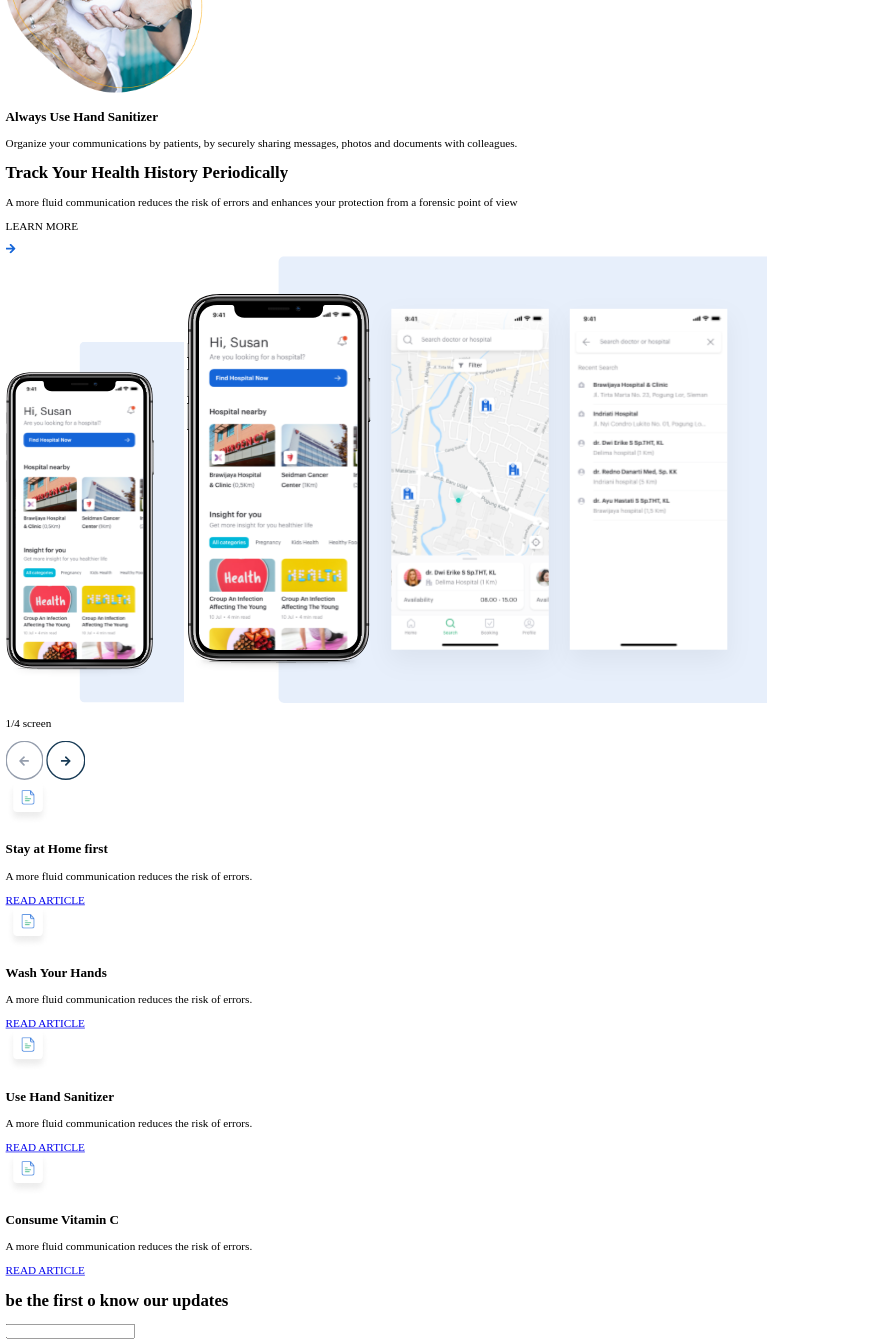
Repository: Esttevo/prova-html-css
Page: index.html
These files come from the project's save history. The page is drawn as it stood at one moment and after the next save; the edit follows.
The browser window is 1280 px wide. The pictures show the part of the page from y = 3453 to 5373 px (the page is 5373 px tall before and 5372 px after), at 70% of full size.
A picture or video elsewhere on the page could not be fetched, so the positions and the page height are approximate.

Above is the page before, as saved 2026-08-31 18:27:58.

After the next save:
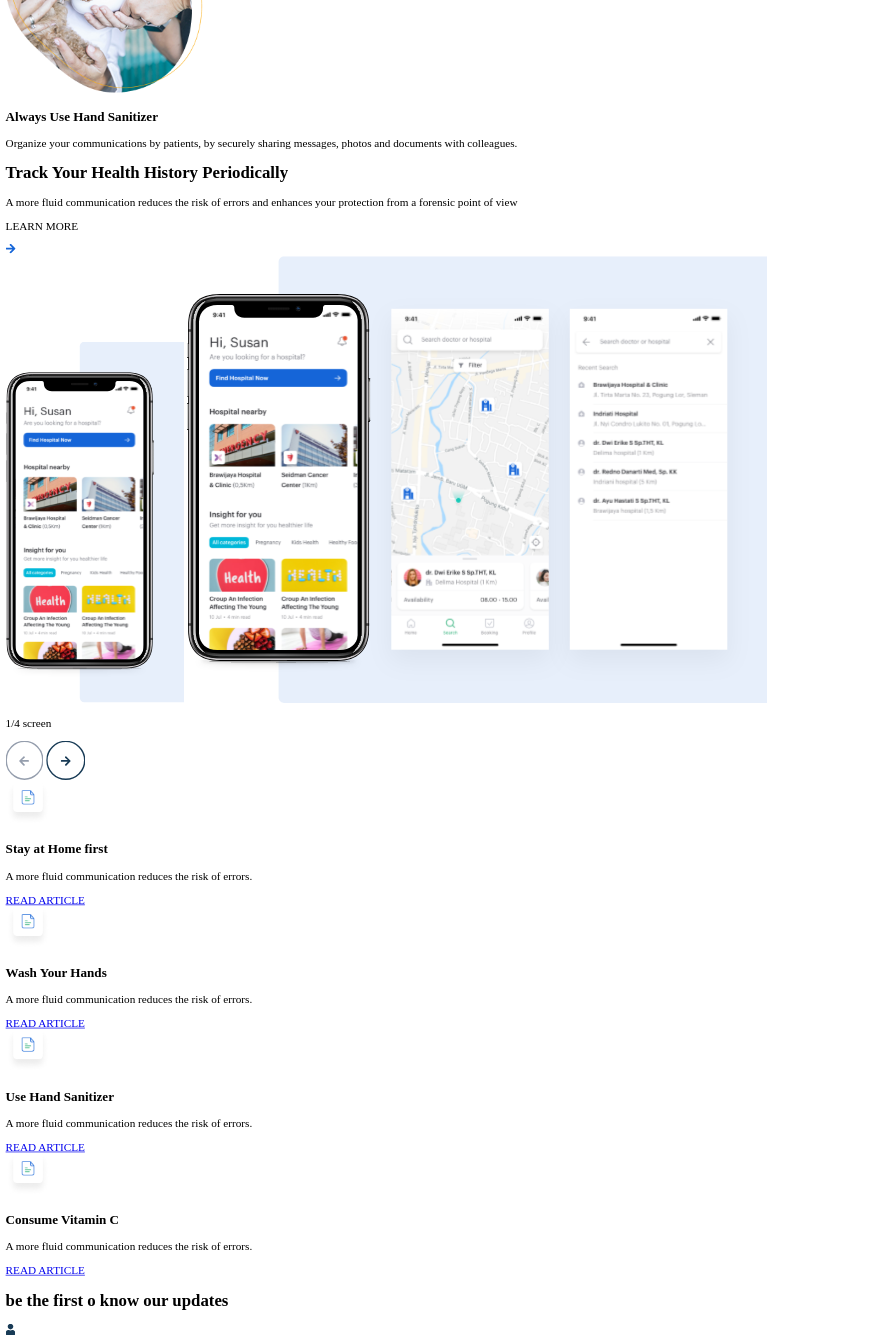
Saved 14 s later.
--- a/index.html
+++ b/index.html
@@ -332,7 +332,7 @@
 
             <form action="#">
 
-                <input type="text" type="image" id="name" name="name" src="img/icons/icon-person.svg">
+                <input  type="image" id="name" name="name" src="img/icons/icon-person.svg">
             </form>
         </section>
     </main>

After the save that followed:
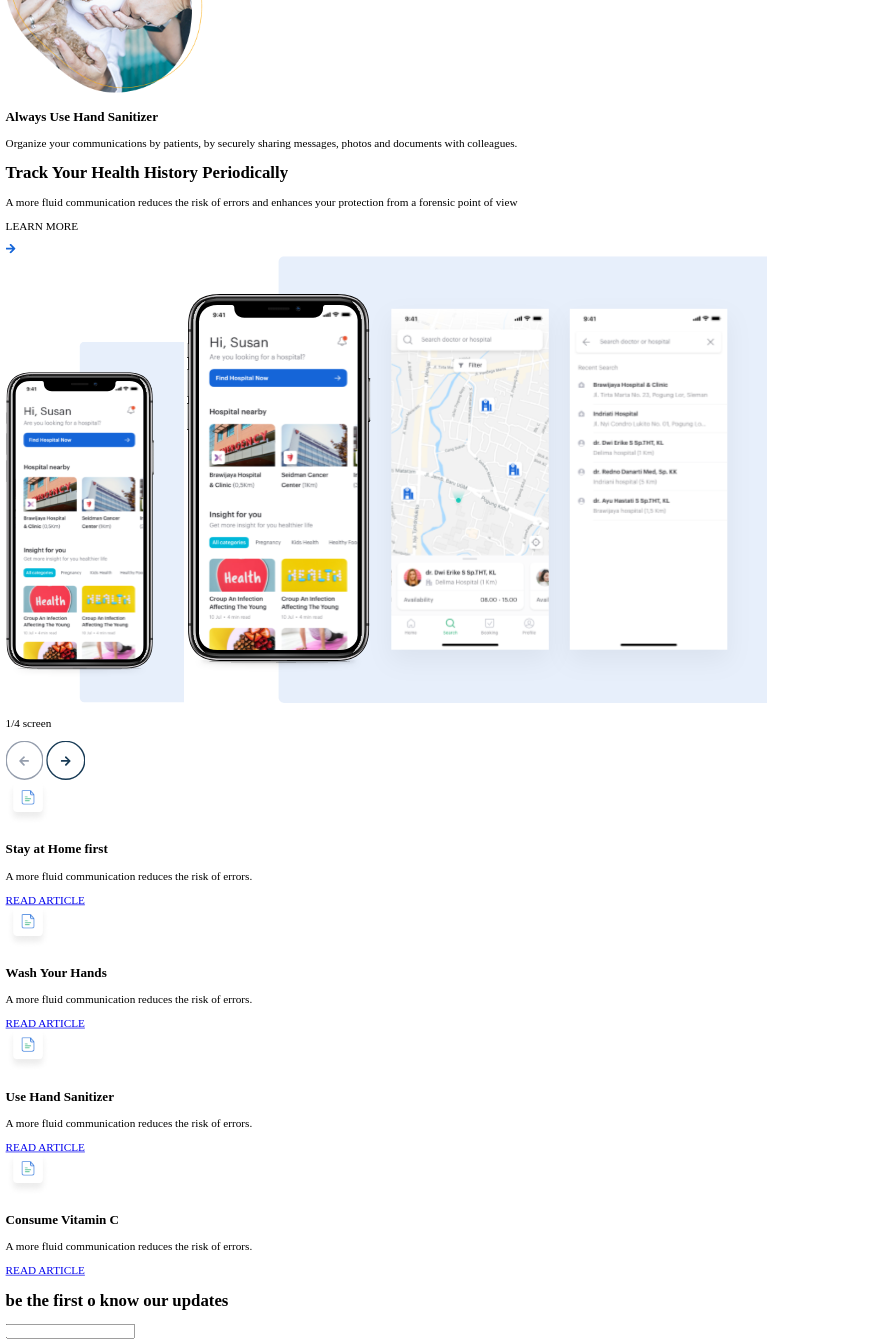
Saved 2 min 22 s later.
--- a/index.html
+++ b/index.html
@@ -332,7 +332,7 @@
 
             <form action="#">
 
-                <input  type="image" id="name" name="name" src="img/icons/icon-person.svg">
+                <input  type="text" id="name" name="name" src="img/icons/icon-person.svg">
             </form>
         </section>
     </main>
